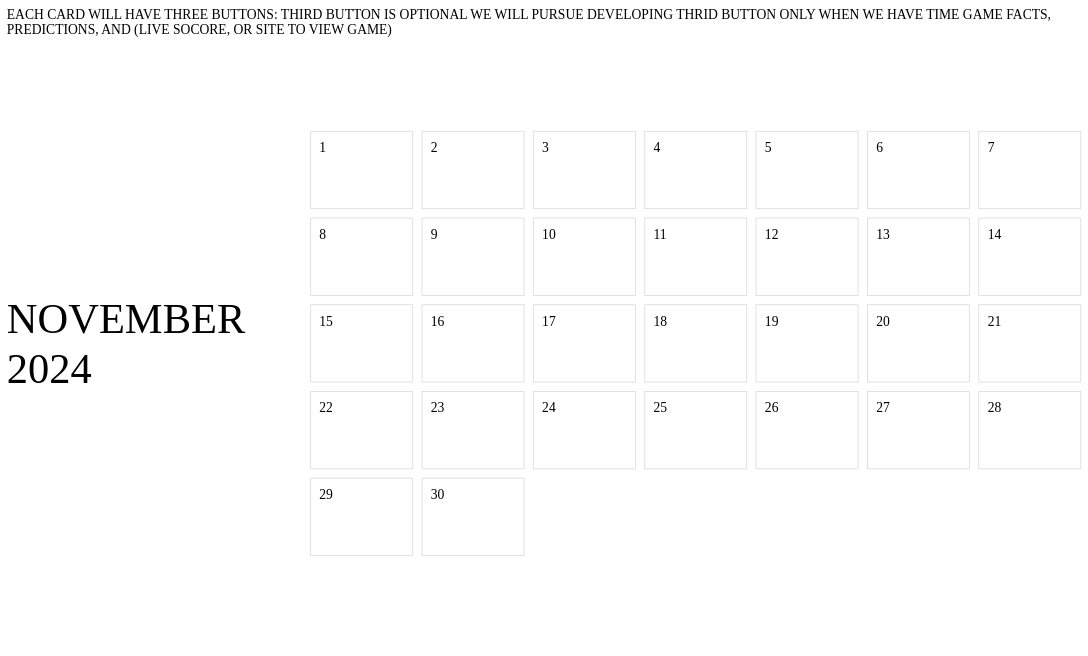
Repository: bredernd/Sports-Analytics
Page: http://localhost/CPS298_Nba/calendar
The author's editor kept a copy of each file at every save. The page is drawn from the files as they stood at one save, then again after the next save.
The browser window is 1280 px wide. The pictures show the whole page, at 85% of full size.
The page is served by Tomcat 9. Other server files are loaded and not shown.

Above is the page before, as saved 2024-11-06 18:58:59.

### NBAProj/CPS298_Nba/src/main/webapp/WEB-INF/Dispatcher-servlet.xml
<?xml version="1.0" encoding="UTF-8"?>
<beans xmlns="http://www.springframework.org/schema/beans"
	xmlns:xsi="http://www.w3.org/2001/XMLSchema-instance"
	xmlns:context="http://www.springframework.org/schema/context"
	xmlns:mvc="http://www.springframework.org/schema/mvc"
	xmlns:tx="http://www.springframework.org/schema/tx"
	xsi:schemaLocation="http://www.springframework.org/schema/mvc http://www.springframework.org/schema/mvc/spring-mvc-4.3.xsd
		http://www.springframework.org/schema/beans http://www.springframework.org/schema/beans/spring-beans.xsd
		http://www.springframework.org/schema/context http://www.springframework.org/schema/context/spring-context-4.3.xsd
		http://www.springframework.org/schema/tx http://www.springframework.org/schema/tx/spring-tx-4.3.xsd">


	<context:component-scan
		base-package="com.cps298.nba">
	</context:component-scan>
	<mvc:annotation-driven></mvc:annotation-driven>
	<mvc:resources mapping="/resources/**" location="/resources/"></mvc:resources>
	<bean id="viewResolver"
		class="org.springframework.web.servlet.view.InternalResourceViewResolver">
	<property name="prefix" value="/WEB-INF/Views/"></property>
	<property name="suffix" value=".jsp"></property>
	</bean>

<!-- 	<bean id="myDataSource" -->
<!-- 		class="com.mchange.v2.c3p0.ComboPooledDataSource"> -->
<!-- 	<property name="driverClass" value="com.mysql.cj.jdbc.Driver"></property> -->
<!-- 	<property name="user" value="hbstudent"></property> -->
<!-- 	<property name="password" value="hbstudent"></property> -->
<!-- 	<property name="jdbcUrl" -->
<!-- 		value="jdbc:mysql://localhost:3306/movies?useSSL=false"> -->
<!-- 	</property> -->
<!-- 	<property name="minPoolSize" value="5"></property> -->
<!-- 	<property name="maxPoolSize" value="30"></property> -->
<!-- 	<property name="maxIdleTime" value="30000"></property> -->
<!-- 	</bean> -->
<!-- 	<bean id="sessionFactory" -->
<!-- 		class="org.springframework.orm.hibernate5.LocalSessionFactoryBean"> -->
<!-- 	<property name="dataSource" ref="myDataSource"></property> -->
<!-- 	<property name="packagesToScan" -->
<!-- 		value="com.cps298.nba.entity"> -->
<!-- 	</property> -->
<!-- 	<property name="hibernateProperties"> -->
<!-- 	<props> -->
<!-- 	<prop key="hibernate.dialect">org.hibernate.dialect.MySQLDialect</prop> -->
<!-- 	<prop key="hibernate.show_sql">true</prop> -->
<!-- 	</props> -->
<!-- 	</property> -->
<!-- 	</bean> -->
<!-- 	<bean id="myTransactionalManager" -->
<!-- 		class="org.springframework.orm.hibernate5.HibernateTransactionManager"> -->
<!-- 	<property name="sessionFactory" ref="sessionFactory"></property> -->
<!-- 	</bean> -->
<!-- 	<tx:annotation-driven transaction-manager="myTransactionalManager" /> -->
</beans>

### NBAProj/CPS298_Nba/src/main/webapp/WEB-INF/Views/calendar.jsp
<%@ page language="java" contentType="text/html; charset=ISO-8859-1"
    pageEncoding="ISO-8859-1"%>
<!DOCTYPE html>
<html>
<head>
<meta charset="ISO-8859-1">
<title>Calendar</title>

<style>
	.container {
    display: flex;
    justify-content: center;
    align-items: center;
    min-height: 100vh;
	}

	.calendar {
	display: grid;
	grid-template-columns: repeat(7, 1fr);
	gap: 10px;
	width: 1000px;
	height: 500px;
	}

    .day {
    border: 1px solid #ddd;
    padding: 10px;
    }

    .calTitle{
    font-size: 50px;
    width: fit-content;
    height: fit-content;
    }
</style>
</head>
<body>


EACH CARD WILL HAVE THREE BUTTONS: THIRD BUTTON IS OPTIONAL
WE WILL PURSUE DEVELOPING THRID BUTTON ONLY WHEN WE HAVE TIME
GAME FACTS, PREDICTIONS, AND (LIVE SOCORE, OR SITE TO VIEW GAME)


	<div class="container">
		<div class="container">
	    	<div class="calTitle">${month} ${year}</div>
	    </div>
    	<div class="calendar">
        	${calendarHtml}
    	</div>
    </div>


</body>
</html>

### NBAProj/CPS298_Nba/src/main/java/com/cps298/nba/controller/MainController.java
package com.cps298.nba.controller;

import java.time.LocalDate;

import org.springframework.beans.factory.annotation.Autowired;
import org.springframework.stereotype.Controller;
import org.springframework.ui.Model;
import org.springframework.web.bind.annotation.RequestMapping;

import com.cps298.nba.service.CalendarService;

@Controller
public class MainController {

    @Autowired
    private CalendarService calendarService;

	@RequestMapping("/")
	public String home() {
		return "home";
	}

	@RequestMapping("/calendar")
	public String calendar(Model model) {
        LocalDate now = LocalDate.now();
        int year = now.getYear();
        int month = now.getMonthValue();

        // Use the service to generate the HTML
        String calendarHtml = calendarService.generateCalendarHtml(year, month);

        model.addAttribute("calendarHtml", calendarHtml);
        model.addAttribute("month", now.getMonth());
        model.addAttribute("year", year);

		return "calendar";
	}

	@RequestMapping("/news")
	public String news() {
		return "news";
	}

	@RequestMapping("/gameFacts")
	public String gameFacts() {
		return "gameFacts";
	}

	@RequestMapping("/predictions")
	public String predictions() {
		return "predictions";
	}
}

### NBAProj/CPS298_Nba/src/main/java/com/cps298/nba/service/CalendarService.java
package com.cps298.nba.service;

import java.time.LocalDate;
import java.time.YearMonth;

import org.springframework.stereotype.Service;

@Service
public class CalendarService {

    public String generateCalendarHtml(int year, int month) {
        StringBuilder calendarHtml = new StringBuilder();
        YearMonth yearMonth = YearMonth.of(year, month);

        for (int day = 1; day <= yearMonth.lengthOfMonth(); day++) {
            calendarHtml.append("<div class='day'>").append(day).append("</div>");
        }

        return calendarHtml.toString();
    }

}

After the next save:
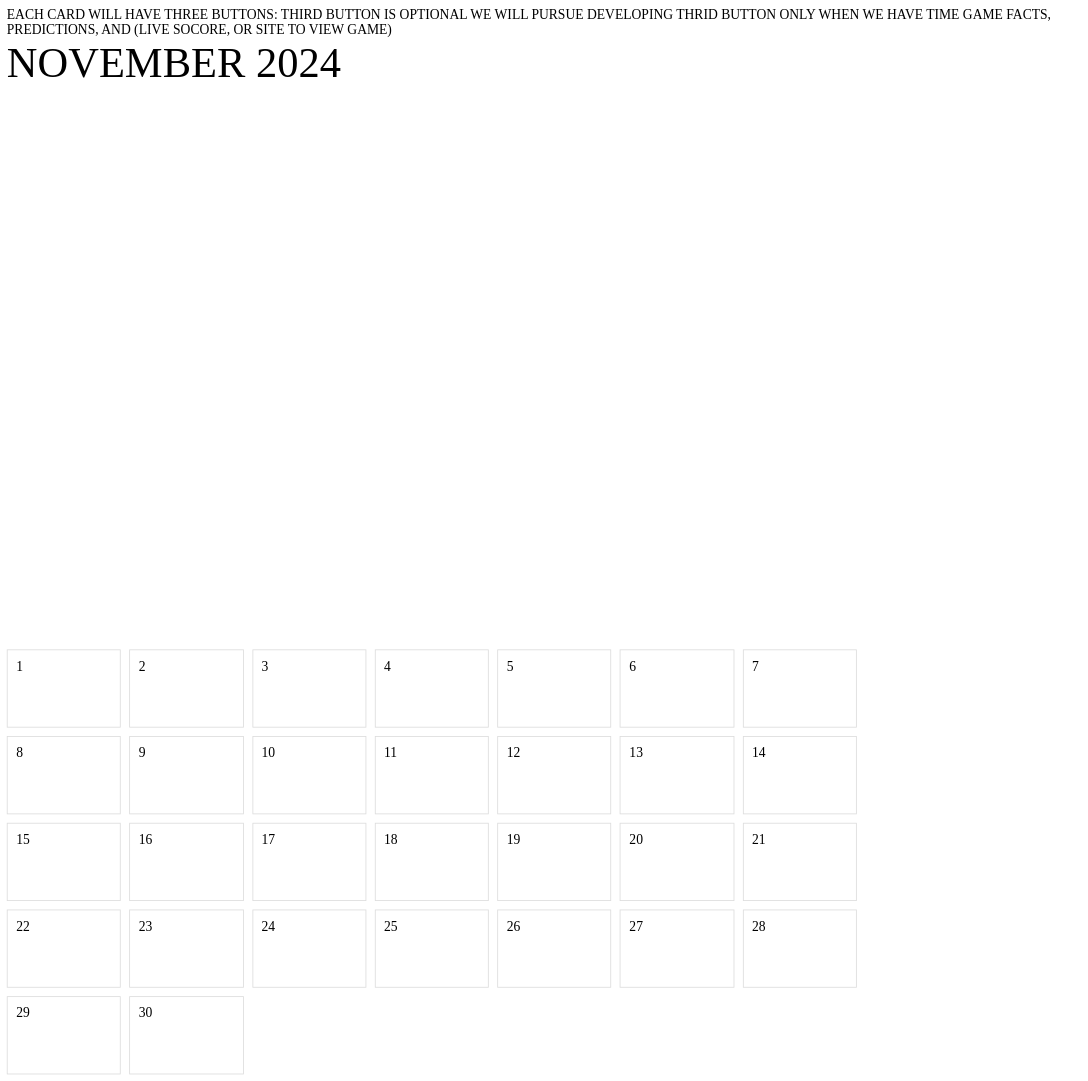
Saved 24 s later.
--- a/NBAProj/CPS298_Nba/src/main/webapp/WEB-INF/Views/calendar.jsp
+++ b/NBAProj/CPS298_Nba/src/main/webapp/WEB-INF/Views/calendar.jsp
@@ -8,7 +8,6 @@
 
 <style>
 	.container {
-    display: flex;
     justify-content: center;
     align-items: center;
     min-height: 100vh;
